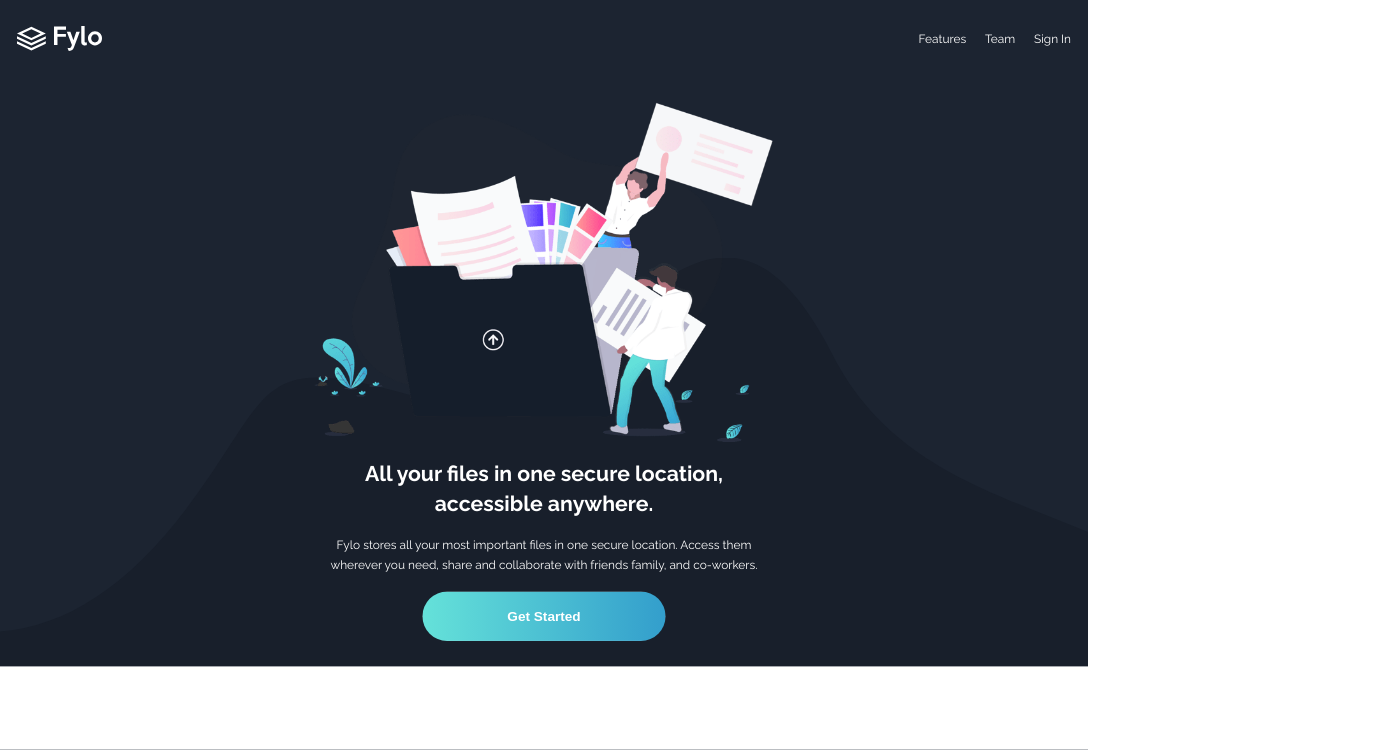
Repository: tomas938/fylo-dark-theme-landing-page-master
Page: index.html
An editor plug-in stored every save of this project. The page is shown before and after the next save, followed by the edit.
The browser window is 1280 px wide. The page is 1280 px wide, then 1632 px, then 1280 px, so the pictures cover 1632 px, including what lies to the right of the window. The pictures show the whole page, at 85% of full size.
The style sheet was rebuilt from its Sass, Less or Tailwind sources for each picture, by a compiler version that may differ from the author's.

Above is the page before, as saved 2021-08-05 13:17:20.

After the next save:
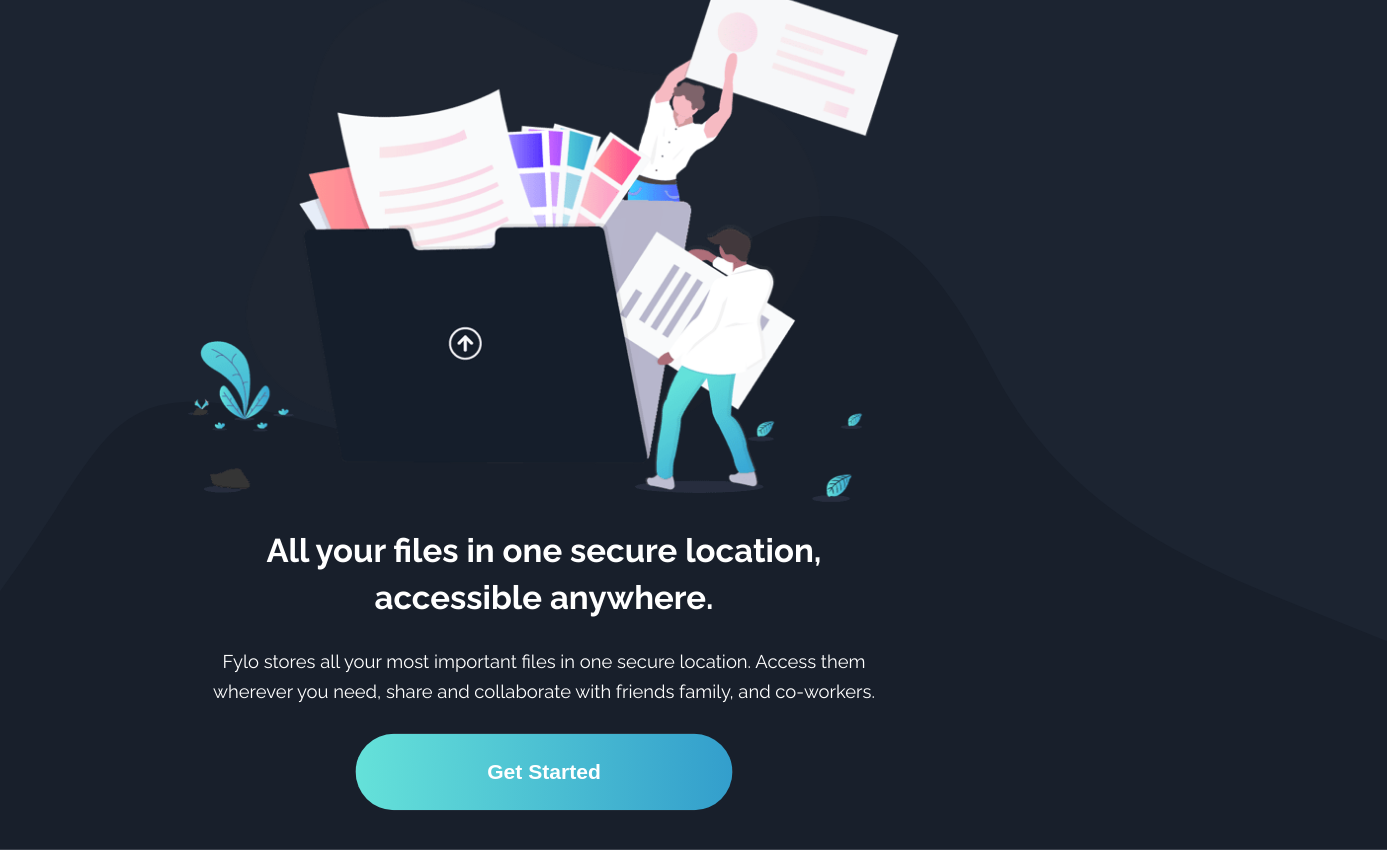
Saved 44 s later.
--- a/scss/_partials/_intro.scss
+++ b/scss/_partials/_intro.scss
@@ -5,6 +5,7 @@
 	background-repeat: no-repeat;
 	background-position: right 50% bottom 0%;
 	background-size: 100%;
+	transform: scale(1.55);
 	&__navigation {
 		padding: 3rem 2rem;
 		display: flex;

After the save that followed:
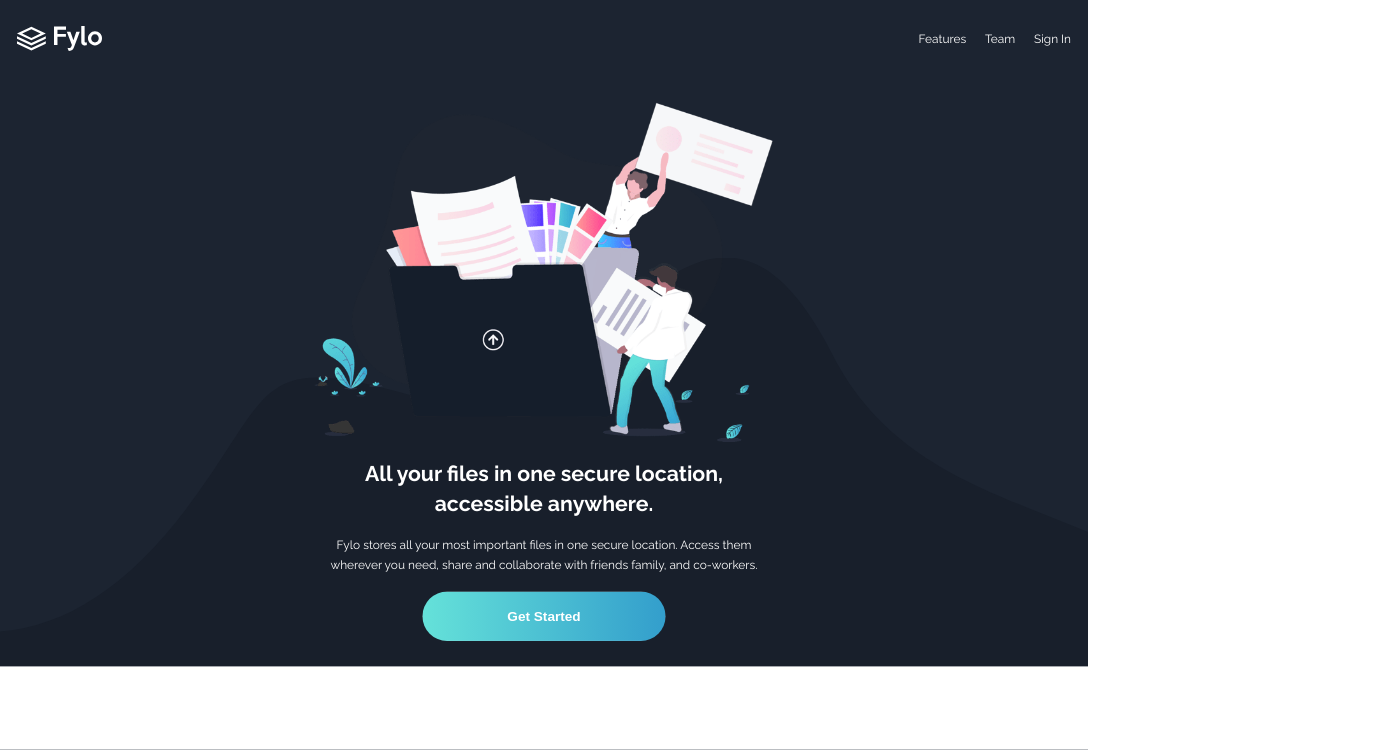
Saved 6 s later.
--- a/scss/_partials/_intro.scss
+++ b/scss/_partials/_intro.scss
@@ -5,7 +5,7 @@
 	background-repeat: no-repeat;
 	background-position: right 50% bottom 0%;
 	background-size: 100%;
-	transform: scale(1.55);
+
 	&__navigation {
 		padding: 3rem 2rem;
 		display: flex;
